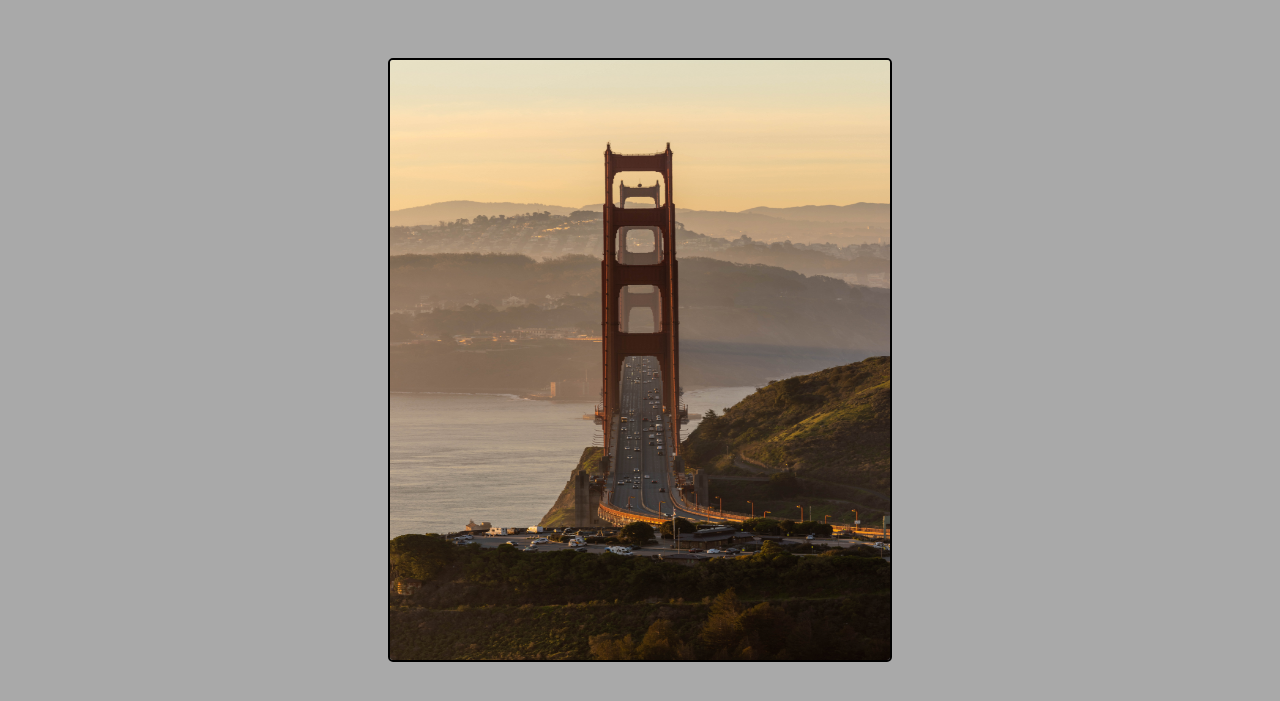
Repository: fussionko/web_photoshop
Page: index.html
The author's editor kept a copy of each file at every save. The page is drawn from the files as they stood at one save, then again after the next save.
The browser window is 1280 px wide. The pictures show the whole page.
Some web libraries are served in a nearby version.

Above is the page before, as saved 2022-05-11 15:10:02.

After the next save:
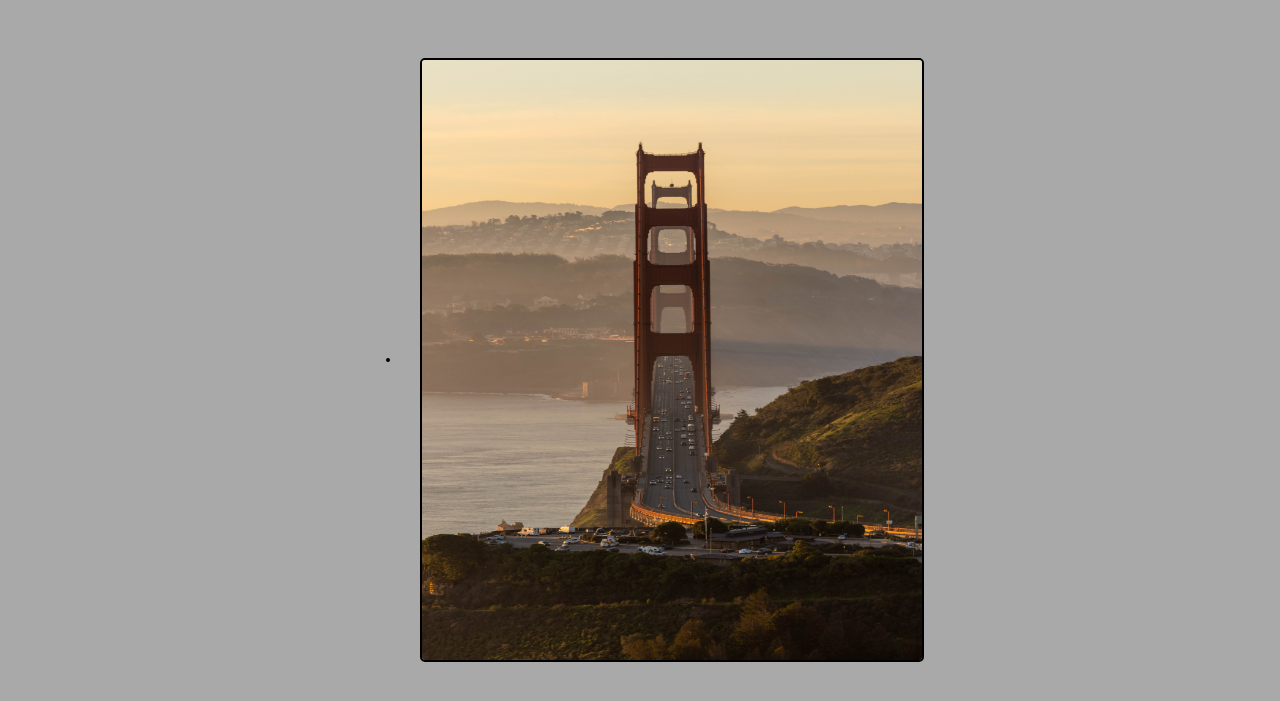
Saved 29 s later.
--- a/style.css
+++ b/style.css
@@ -24,6 +24,12 @@ body {
     flex-direction: column;
 }
 
+#buttons {
+    margin: 30px;
+    border: 2px solid black;
+    border-radius: 5px;
+}
+
 #main-canvas {
     border: 2px solid black;
     border-radius: 5px;
